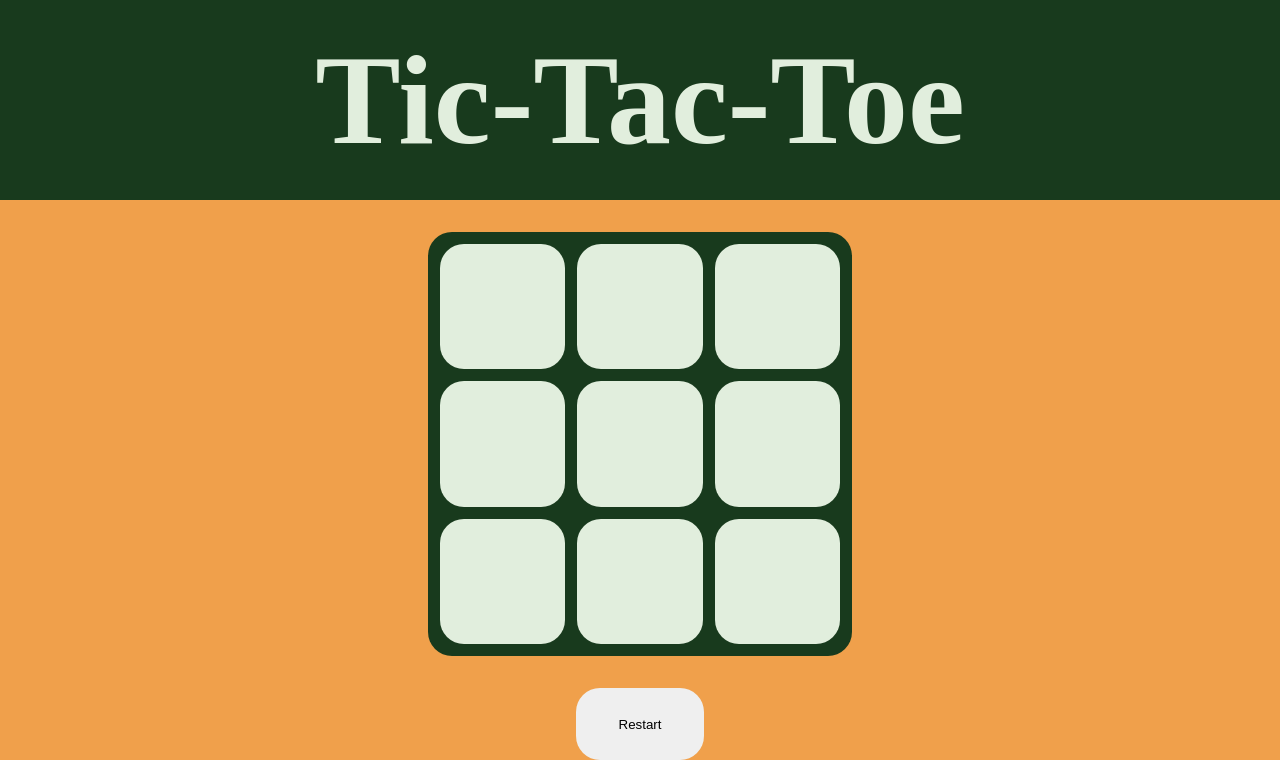
Repository: yeetzpxoci/tic-tac-toe
Page: index.html
The author's editor kept a copy of each file at every save. The page is drawn from the files as they stood at one save, then again after the next save.
The browser window is 1280 px wide. The pictures show the whole page.

Above is the page before, as saved 2023-02-23 18:46:34.

### index.html
<!DOCTYPE html>
<html lang="en">
<head>
    <meta charset="UTF-8">
    <meta http-equiv="X-UA-Compatible" content="IE=edge">
    <meta name="viewport" content="width=device-width, initial-scale=1.0">
    <title>Tic Tac Toe</title>
    <link rel="stylesheet" type="text/css" href="styles.css" />
</head>
<body>
    <div class="header">
        Tic-Tac-Toe
    </div>
    <div class="board">
        <div class="square" data-index=0></div>

        <div class="square" data-index=1></div>

        <div class="square" data-index=2></div>

        <div class="square" data-index=3></div>

        <div class="square" data-index=4></div>

        <div class="square" data-index=5></div>

        <div class="square" data-index=6></div>

        <div class="square" data-index=7></div>

        <div class="square" data-index=8></div>
    </div>

    <button id="restart" onclick="game.restartGame()">Restart</button>
<script src="script.js"></script>
</body>
</html>

### styles.css
html, body {
    margin: 0;
    padding: 0;
    font-family: 'Tilt Warp', cursive;
}

body {
    display: flex;
    flex-direction: column;
    justify-content: center;
    align-items: center;
    min-width: 100vh;
    gap: 32px;
    background-color: #F0A04B;
}

.header {
    display: flex;
    justify-content: center;
    align-items: center;
    background-color: #183A1D;
    width: 100%;
    height: 200px;
    color: #E1EEDD;
    font-size: 128px;
    font-weight: bold;
}

.board {
    height: 400px;
    width: 400px;
    background-color: #183A1D;
    border-radius: 24px;
    border-width: 0px;
    padding: 12px;
    gap: 12px;
    font-size: 96px;
    font-family: Arial, Helvetica, sans-serif;
    font-weight: bolder;
    display: grid;
    grid-template-columns: repeat(3, 1fr);
    grid-template-rows: repeat(3, 1fr);
    user-select: none;
}

.square {
    display: flex;
    justify-content: center;
    align-items: center;
    background-color: #E1EEDD;
    border-radius: 24px;
    border-width: 0px;
}

#restart {
    width: 128px;
    height: 72px;
    border-radius: 24px;
    border-width: 0px;
}

### script.js
const squares = document.getElementsByClassName("square");

const gameBoard = (() => {
    let gameBoard = ["", "", "", "", "", "", "", "", ""];

    const atIndex = (index) => {
        return gameBoard[index];
    }

    const playOn = (index, symbol) => {
        gameBoard[index] = symbol;
    }

    const resetBoard = () => {
        for (let i = 0; i < gameBoard.length; i++) {
            gameBoard[i] = "";
        }
    }

    const winner = (x, y, z) => {
        if ((gameBoard[x] === gameBoard[y]) && ((gameBoard[y] === gameBoard[z]) && (gameBoard[z] === "X"))
            || (gameBoard[x] === gameBoard[y]) && ((gameBoard[y] === gameBoard[z]) && (gameBoard[z] === "O"))) {
            return true;
        } else {
            return false;
        }
    }

    const checkWinner = () => {
        return winner(0, 1, 2)  // check for 3-in-a-row horizontally
            || winner(3, 4, 5)
            || winner(6, 7, 8)
            || winner(0, 3, 6)  // check for 3-in-a-row vertically
            || winner(1, 4, 7)
            || winner(2, 5, 8)
            || winner(0, 4, 8)  // check for 3-in-a-row diagonally
            || winner(6, 4, 2)
    }

    return {
        gameBoard, atIndex, playOn, resetBoard, winner, checkWinner
    };
})();

const players = (symbol) => {
    const play = (index) => gameBoard.playOn(index, symbol);
    return {
        symbol, play
    };
};

const game = (() => {
    let turn = "X";

    const playRound = (e) => {
        if (gameBoard.atIndex(e.currentTarget.dataset.index) === "") {
            players(turn).play(e.currentTarget.dataset.index);
            displayController.renderBoard();
            if (turn === "X") {
                turn = "O";
            } else {
                turn = "X";
            }
            if (gameBoard.checkWinner()) {
                displayController.disableSquares();
                alert("winner!");
            }
        }
    }

    const restartGame = () => {
        turn = "X";
        gameBoard.resetBoard();
        displayController.renderBoard();
        displayController.enableSquares();
    }

    return {
        turn, playRound, restartGame
    };
})();

const displayController = (() => {
    const renderBoard = () => {
        for (let i = 0; i < gameBoard.gameBoard.length; i++) {
            squares[i].innerHTML = gameBoard.gameBoard[i];
        }
    }

    const enableSquares = () => {
        for (let i = 0; i < squares.length; i++) {
            squares[i].addEventListener("click", game.playRound);
        }
    }

    const disableSquares = () => {
        for (let i = 0; i < squares.length; i++) {
            squares[i].removeEventListener("click", game.playRound);
        }
    }

    return {
        renderBoard, enableSquares, disableSquares
    }
})();

displayController.enableSquares();

After the next save:
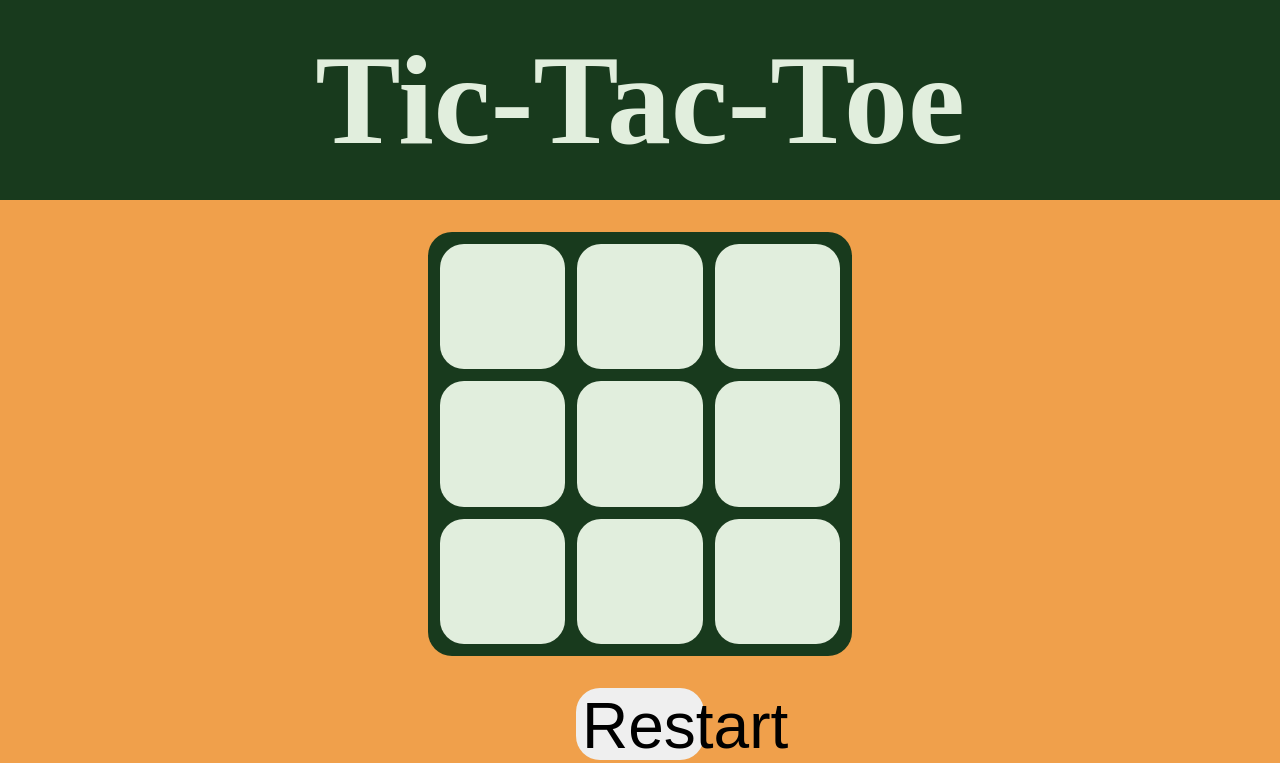
Saved 9 s later.
--- a/styles.css
+++ b/styles.css
@@ -57,4 +57,5 @@ body {
     height: 72px;
     border-radius: 24px;
     border-width: 0px;
+    font-size: 64px;
 }
